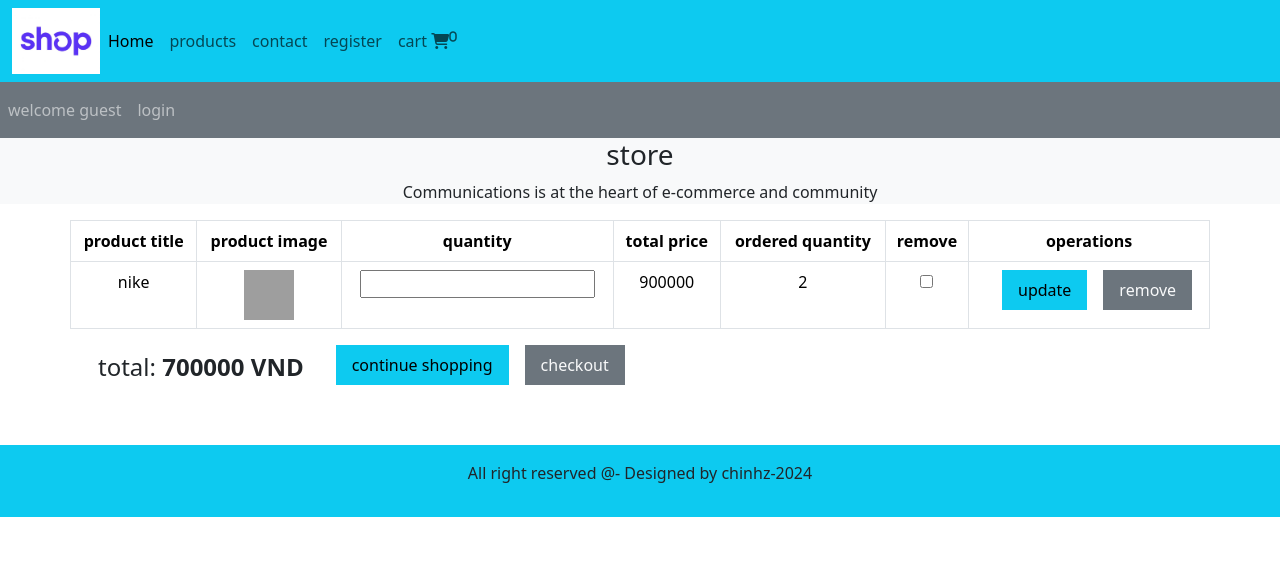
Repository: hahuuchinh2501/ecommerce_web
Page: http://localhost/cart.php
These files come from the project's save history. The page is drawn as it stood at one moment and after the next save; the edit follows.
The browser window is 1280 px wide. The pictures show the whole page.
Pictures or frames that could not be fetched are drawn as grey boxes. The page is run by PHP 8.4 with error messages shown; the project is at /var/www/html/. Queries for data that is not in the repository find no rows.

Above is the page before, as saved 2025-02-07 18:34:32.

After the next save:
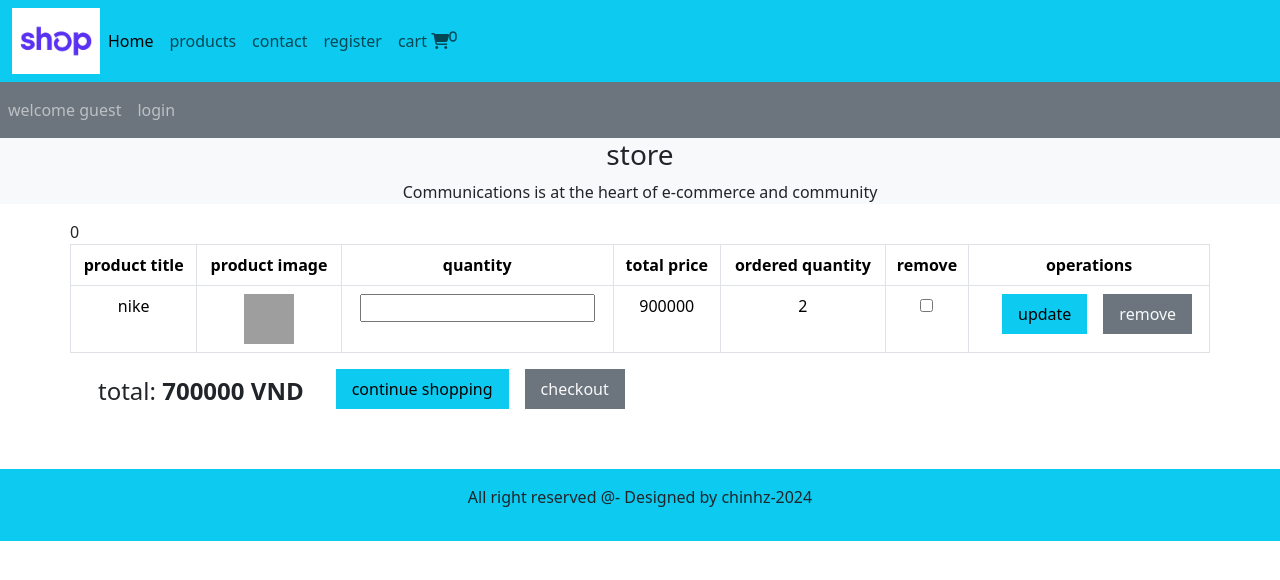
Saved 77 min 48 s later.
--- a/cart.php
+++ b/cart.php
@@ -100,6 +100,27 @@
                         </tr>
                     </thead>
                     <tbody>
+
+                        <?php
+                        global $con;
+                        $get_ip_add = getIPAddress();
+                        $total_price = 0;
+
+                        $cart_query = "Select * from `cart_details` where ip_address='$get_ip_add'";
+                        $result = mysqli_query($con, $cart_query);
+                        while ($row = mysqli_fetch_array($result)) {
+                            $product_id = $row['product_id'];
+                            $select_products = "Select * from `products` where product_id='$product_id'";
+                            $result_products = mysqli_query($con, $select_products);
+                            while ($row_product_price = mysqli_fetch_array($result_products)) {
+                                $product_price = array($row_product_price['product_price']);
+                                $product_values = array_sum($product_price);
+                                $total_price += $product_values;
+                            }
+                        }
+                        echo $total_price;
+                        ?>
+
                         <tr>
                             <td>nike</td>
                             <td><img src="./images/1.jpg" alt="" class="cart_img"></td>

After the 3 saves that followed:
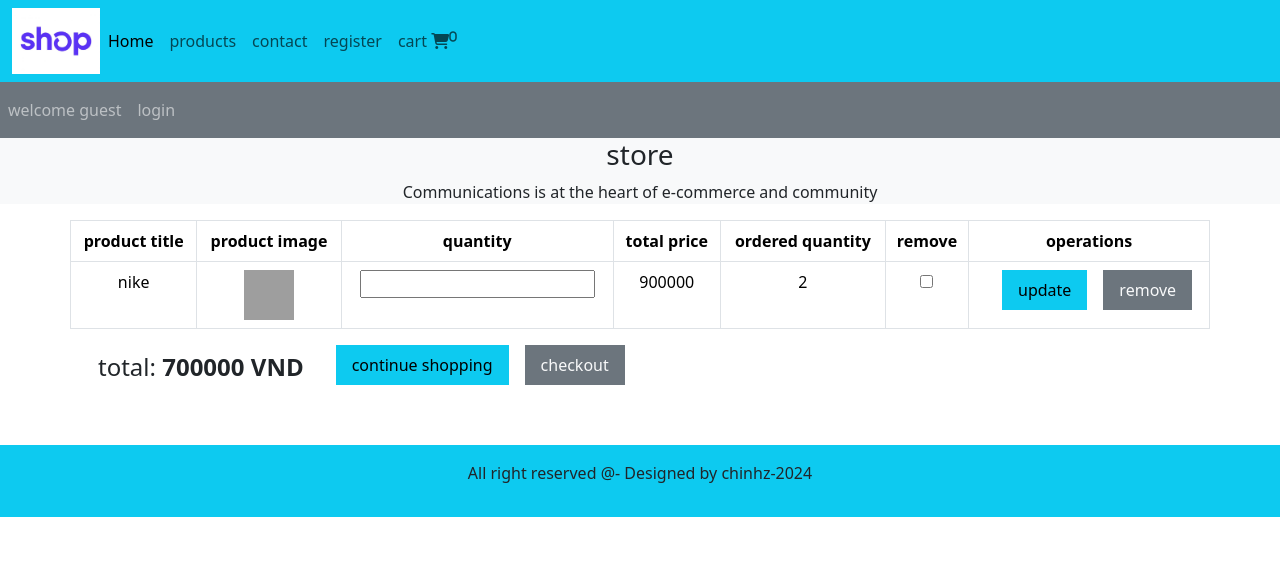
The 3 saves are shown as one change because 2 left the picture as it was.
The last was saved 7 min 28 s later.
--- a/cart.php
+++ b/cart.php
@@ -105,7 +105,6 @@
                         global $con;
                         $get_ip_add = getIPAddress();
                         $total_price = 0;
-
                         $cart_query = "Select * from `cart_details` where ip_address='$get_ip_add'";
                         $result = mysqli_query($con, $cart_query);
                         while ($row = mysqli_fetch_array($result)) {
@@ -114,11 +113,14 @@
                             $result_products = mysqli_query($con, $select_products);
                             while ($row_product_price = mysqli_fetch_array($result_products)) {
                                 $product_price = array($row_product_price['product_price']);
+                                $price_table = $row_product_price['product_price'];
+                                $product_title = $row_product_price['product_title'];
+                                $product_image1 = $row_product_price['product_image1'];
                                 $product_values = array_sum($product_price);
                                 $total_price += $product_values;
                             }
                         }
-                        echo $total_price;
+
                         ?>
 
                         <tr>
